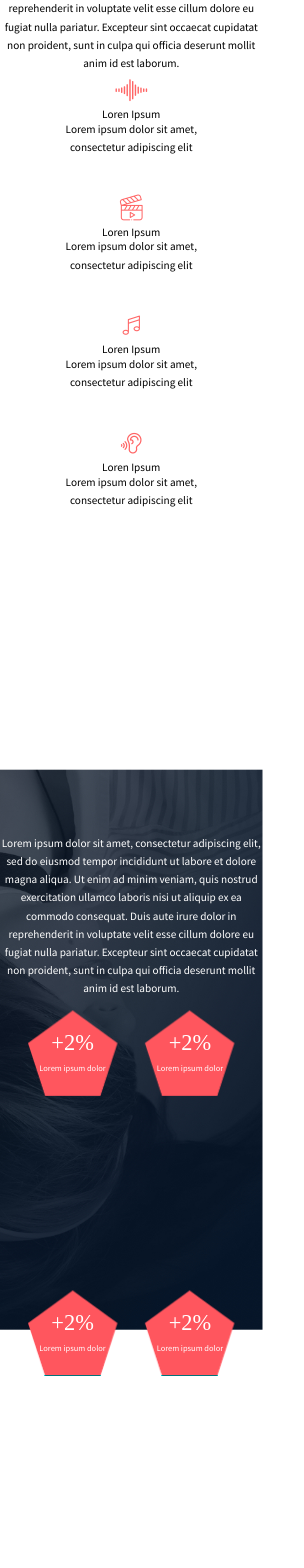
Repository: seleniadelgado/holbertonschool-web_front_end
Page: 0x09-implement_a_design_from_scratch/2-index.html
These files come from the project's save history. The page is drawn as it stood at one moment and after the next save; the edit follows.
The browser window is 375 px wide. The page is 434 px wide, so the pictures cover 434 px, including what lies to the right of the window. The pictures show the part of the page from y = 1382 to 3622 px (the page is 3622 px tall before and 3168 px after), at 70% of full size.

Above is the page before, as saved 2020-03-23 14:20:16.

After the next save:
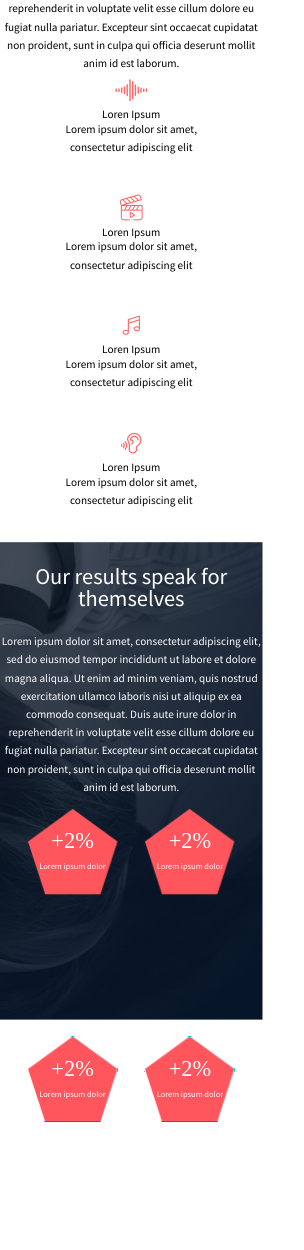
Saved 29 s later.
--- a/0x09-implement_a_design_from_scratch/2-styles.css
+++ b/0x09-implement_a_design_from_scratch/2-styles.css
@@ -293,27 +293,30 @@ a:hover, a:active {
     font-size: var(--font-size-lg);
     margin-bottom: 1em;
 }
+
 .content p {
     text-align: center;
     font-size: var(--font-size-md);
     line-height: 26px;
 }
+
 #our-results {
     padding-top: 2em;
     background-image: url(images/headphones_hero_2.jpg);
     background-repeat: no-repeat;
     color: var(--color-body-white);
+    display: flex;
 }
 .summary {
+    margin-bottom: 0;
+}
+
+.summary h1 {
+    text-align: center;
+    color: var(--color-body-white);
+    font-family: var(--font-family);
+    font-size: var(--font-size-lg);
     margin-bottom: 1em;
-}
-
-.summary h1 {
-    text-align: center;
-    color: var(--color-body-white);
-    font-family: var(--font-family);
-    font-size: var(--font-size-lg);
-    margin-bottom: 10em;
 }
 
 .summary p {
@@ -329,7 +332,9 @@ a:hover, a:active {
     left: 50%;
     transform: translate(-50%, -50%);
 }
-
+.grid {
+    margin-top: 0;
+}
 @media (max-width: 1200px) {
     #our-results {
       background-position: 45%;
@@ -339,7 +344,7 @@ a:hover, a:active {
     #our-results {
       background-position: 50%;
       margin-bottom: 0;
-      flex-wrap: wrap;
+
     }
   }
 #our-results .grid .component {
